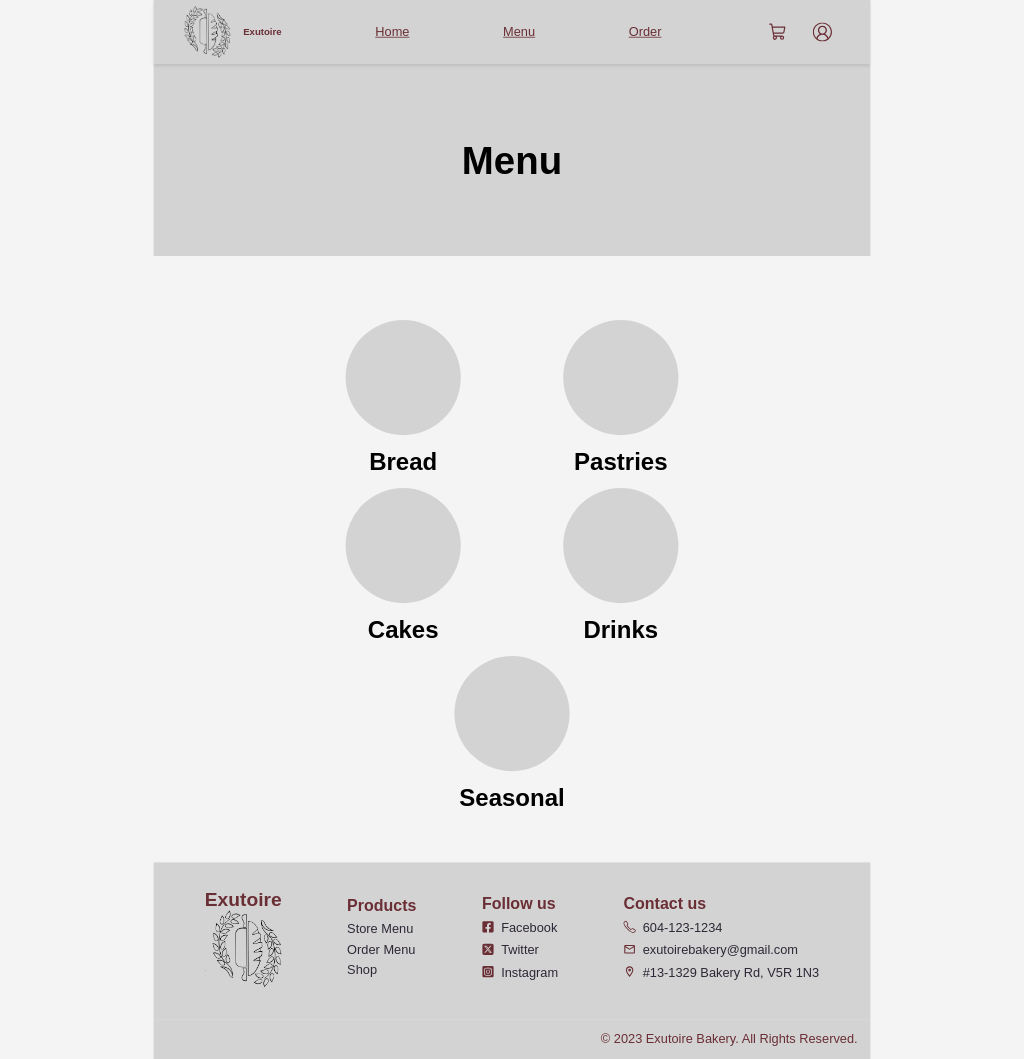
Repository: MelissaJacobi/COMP3170-final-proj
Page: /menu
These files come from the project's save history. The page is drawn as it stood at one moment and after the next save; the edit follows.
The browser window is 1280 px wide. The pictures show the whole page, at 80% of full size.
The project was rebuilt for these pictures with package versions that can differ from the ones it lists, and the page was loaded fresh each time. Also part of the build but not shown: vite.config.js, src/components/Carousel.module.css, src/components/Carousel.tsx, src/components/Vision.module.css, src/components/Vision.tsx, src/components/MenuGallery.tsx.

Above is the page before, as saved 2024-10-05 23:14:49.

### src/main.tsx
import { StrictMode } from 'react'
import { createRoot } from 'react-dom/client'
import App from './App.tsx'
import './index.css'

 createRoot(document.getElementById('root')!).render(
   <StrictMode>
     <App />
   </StrictMode>,
 )

### src/App.tsx
import { BrowserRouter as Router, Routes, Route } from 'react-router-dom';
import styles from './App.module.css';
import Header from './components/Header';
import Footer from './components/Footer';
import Carousel from './components/Carousel';
import Vision from './components/Vision';
import MenuGallery from './components/MenuGallery';
import Menu from './pages/menu';

function App() {
  return (
    <Router>
      <div className={styles.appContainer}>
      <Header />
      <Routes>

        <Route path="/" element={
          <>
            <Carousel />

              <div className={styles.filler}></div>
              <Vision />
              <MenuGallery />

          </>
        } />

        <Route path="/menu" element={<Menu />} />

      </Routes>
      <Footer />
      </div>
    </Router>
  );
}

export default App;

### src/index.css
* {
  margin: 0;
  padding: 0;
  box-sizing: border-box;
}

body {
  font-family: Arial, sans-serif;
  line-height: 1.6;
  background-color: #f4f4f4;
}

:root {
  --primary-color: lightgrey;
  --secondary-color: lightblue;
  --accent-color: #6A2E35;
  --background-color: white;
  --text-color: #2E2836;
}

### src/App.module.css
.appContainer {
    width: 70%;
    height: 100%;
    margin: auto;
}

.filler {
    height: 35rem;
}

### src/components/Header.tsx
// Header.tsx
import { Link } from 'react-router-dom';
import styles from './Header.module.css';
import logo from "../assets/images/logo.png";
import { PiShoppingCart } from "react-icons/pi";
import { VscAccount } from "react-icons/vsc";

export default function Header() {
  return (
    <div className={styles.container}>
      <div>
        <img src={logo} alt="Logo" className={styles.logo} />
        <p className={styles.siteTitle}>Exutoire</p>
      </div>
      <Link to="/" className={styles.links}>Home</Link>
      <Link to="/Menu" className={styles.links}>Menu</Link>
      <Link to="/order" className={styles.links}>Order</Link>
      <div>
        <PiShoppingCart className={styles.icon} />
        <VscAccount className={styles.icon} />
      </div>
    </div>
  );
}

### src/components/Footer.tsx
import logo from "../assets/images/logo.png"
import styles from "./Footer.module.css"
import { FaFacebookSquare } from "react-icons/fa";
import { FaSquareXTwitter } from "react-icons/fa6";
import { FaInstagramSquare } from "react-icons/fa";
import { SlPhone } from "react-icons/sl";
import { MdOutlineMailOutline } from "react-icons/md";
import { MdOutlineLocationOn } from "react-icons/md";

export default function Footer() {

  return (
    <>
      <div className={styles.container}>
        <div>
            <p className={styles.siteTitle}>Exutoire</p>
            <img src={logo} alt="Logo" className={styles.logo}/>
        </div>
        <ul>
          <p>Products</p>
          <li>Store Menu</li>
          <li>Order Menu</li>
          <li>Shop</li>
        </ul>
        <ul>
          <p>Follow us</p>
          <li><FaFacebookSquare className={styles.socialIcon}/>Facebook</li>
          <li><FaSquareXTwitter className={styles.socialIcon}/>Twitter</li>
          <li><FaInstagramSquare className={styles.socialIcon}/>Instagram</li>
        </ul>
        <ul>
          <p>Contact us</p>
          <li><SlPhone  className={styles.socialIcon}/>604-123-1234</li>
          <li><MdOutlineMailOutline className={styles.socialIcon}/>exutoirebakery@gmail.com</li>
          <li><MdOutlineLocationOn className={styles.socialIcon}/>#13-1329 Bakery Rd, V5R 1N3</li>
        </ul>
      </div>
      <p className={styles.copywrite}>© 2023 Exutoire Bakery.  All Rights Reserved.</p>
    </>
  )
}

### src/pages/menu.tsx
import styles from './Menu.module.css'

export default function Menu() {

  return (
    <>
    <div className={styles.container}>
        <div className={styles.banner}>
          <h1>Menu</h1>
        </div>
        <div className={styles.options}>
          <div className={styles.option}>
            <div></div>
            <h2>Bread</h2>
          </div>
          <div className={styles.option}>
            <div></div>
            <h2>Pastries</h2>
          </div>
          <div className={styles.option}>
            <div></div>
            <h2>Cakes</h2>
          </div>
          <div className={styles.option}>
            <div></div>
            <h2>Drinks</h2>
          </div>
          <div className={styles.option}>
            <div></div>
            <h2>Seasonal</h2>
          </div>
        </div>
    </div>

    </>
  )
}

### src/components/Header.module.css
.container {
    background-color: var(--primary-color);
    width: 100%;
    height: 5rem;
    display: flex;
    align-items: center;
    justify-content: space-between;
    padding: 2rem;
    position: sticky;
    top: 0;
    z-index: 1000;
    box-shadow: 0 2px 4px rgba(0, 0, 0, 0.1);
}

.logo {
    height: 4rem;
    width: 4rem;
}

.siteTitle {
    font-size: 12px;
    font-style: normal;
    font-weight: 700;
    line-height: normal;
    margin-left: 1rem;
    color: var(--accent-color)
}

.container div {
    display: flex;
    align-items: center;
}

.links {
    font-size: 16px;
    font-style: normal;
    font-weight: 400;
    line-height: normal;
    color: var(--accent-color)
}

.icon {
    height: 1.5rem;
    width: 1.5rem;
    margin: 1rem;
    color: var(--accent-color)
}

### src/components/Footer.module.css
.container {
    background-color: var(--primary-color);
    height: 100%;
    width: 100%;
    display: flex;
    align-items: center;
    justify-content: space-between;
    padding: 2rem 4rem;
}

.container div{
    text-align: center;
}

.logo {
    width: 6rem;
    height: 6rem;
}

.siteTitle {
    font-size: 24px;
    font-style: normal;
    font-weight: 700;
    line-height: normal;
    color: var(--accent-color)
}

.container ul p {
    color: var(--accent-color);
    font-size: 20px;
    font-style: normal;
    font-weight: 700;
    line-height: normal;
}

.container ul li {
    font-size: 16px;
    font-style: normal;
    font-weight: 400;
    line-height: normal;
    margin: 0.5rem 0rem;
    padding: 0;
    list-style-type: none;
    color: var(--text-color)
}

.socialIcon {
    transform: translateY(0.1rem);
    color: var(--accent-color);
    margin-right: 0.5rem;
}

.copywrite {
    width: 100%;
    text-align: right;
    padding: 1rem;
    font-size: 16px;
    font-style: normal;
    font-weight: 400;
    line-height: normal;
    color: var(--accent-color);
    background-color: var(--primary-color);
}

### src/components/MenuGallery.module.css
.container {
    display: flex;
    flex-direction: column;
    align-items: center;
    justify-content: center;
    height: 100%;
}

h2 {
    font-size: 30px;
    font-style: normal;
    font-weight: 700;
    line-height: normal;
    text-align: center;
    margin: 0;
}

.gallery {
    width: 100%;
    margin-top: 1rem;
    display: flex;
    justify-content: space-around;
    flex-wrap: wrap;
    height: 100%;
    padding: 1rem 7rem;
}

.galleryItem {
    height: 15rem;
    width: 15rem;
    background-color: var(--primary-color);
    display: flex;
    justify-content: center;
    margin: 1rem;
}

### src/pages/Menu.module.css
.container {
    width: 100%;
}

.banner {
    width: 100%;
    height: 15rem;
    display: flex;
    justify-content: center;
    align-items: center;
    background-color: var(--primary-color);
}

.container h1 {
    font-size: 48px;
    font-style: normal;
    font-weight: 700;
    line-height: normal;
}

.options {
    display: flex;
    flex-wrap: wrap;
    justify-content: center;
    padding: 4rem;
}

.option div {
    width: 9rem;
    height: 9rem;
    border-radius: 50%;
    background-color: var(--primary-color);
    margin: 1rem 4rem;
}

Loaded but not shown: index.html (common file)

After the next save:
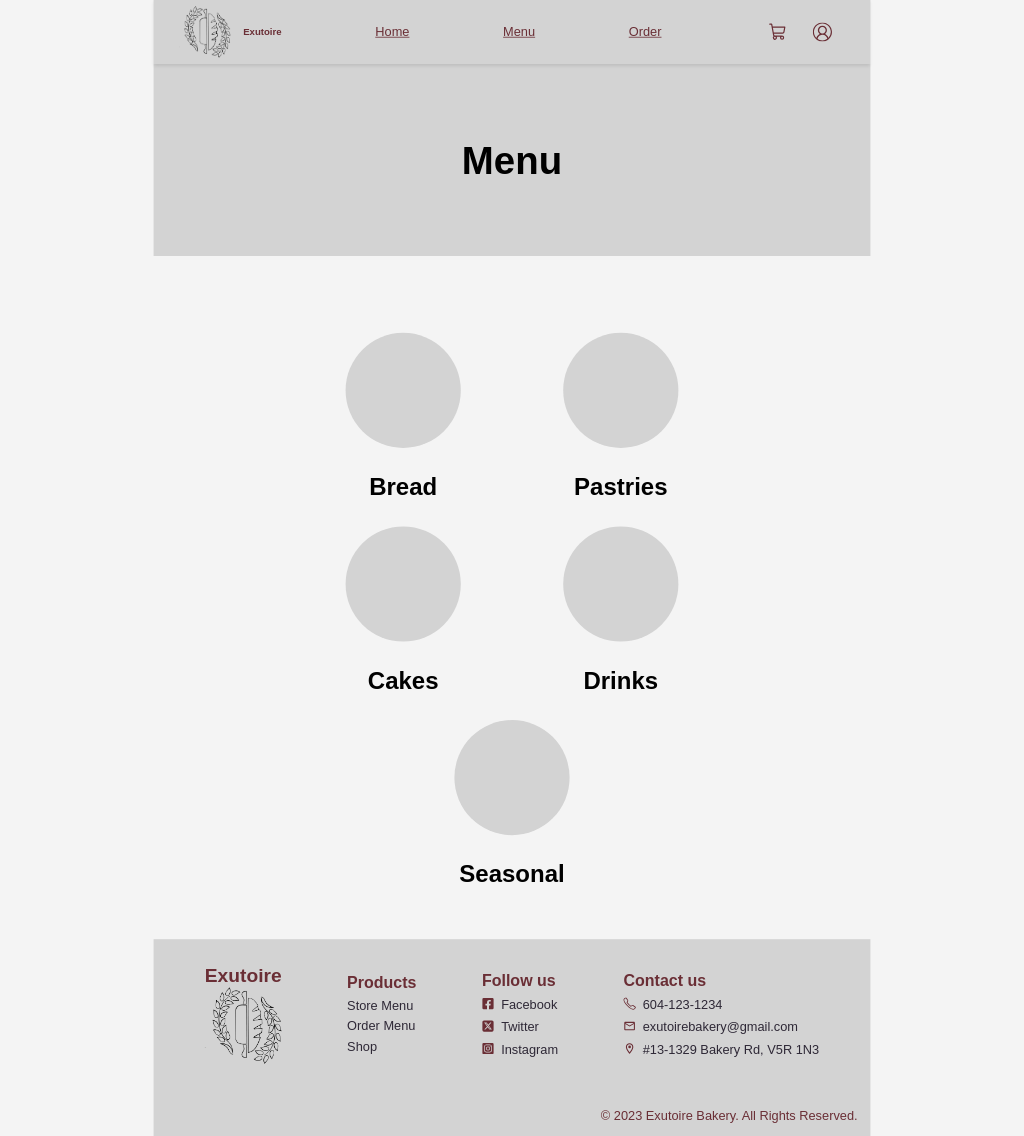
Saved 10 s later.
--- a/src/pages/Menu.module.css
+++ b/src/pages/Menu.module.css
@@ -30,5 +30,5 @@
     height: 9rem;
     border-radius: 50%;
     background-color: var(--primary-color);
-    margin: 1rem 4rem;
+    margin: 2rem 4rem;
 }

After the save that followed:
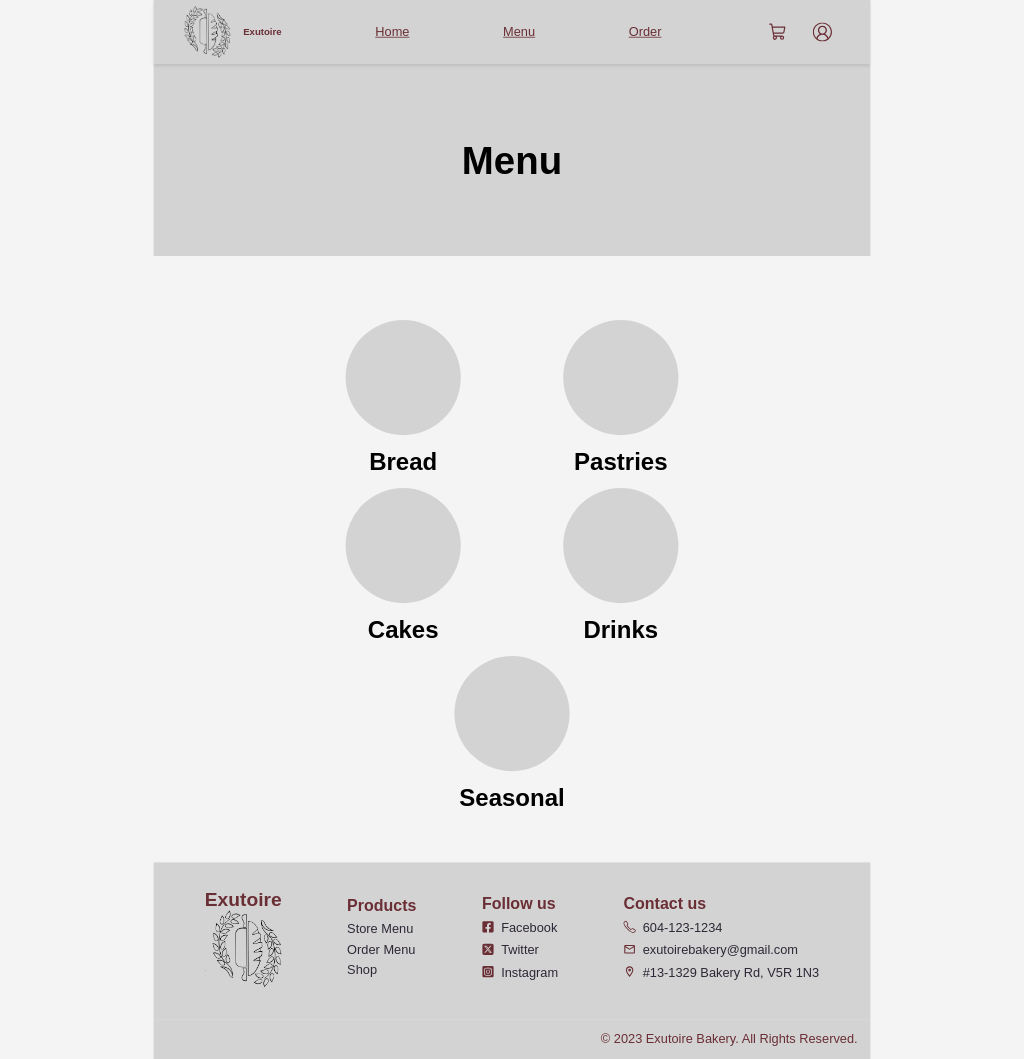
Saved 66 s later.
--- a/src/pages/Menu.module.css
+++ b/src/pages/Menu.module.css
@@ -30,5 +30,5 @@
     height: 9rem;
     border-radius: 50%;
     background-color: var(--primary-color);
-    margin: 2rem 4rem;
+    margin: 1rem 4rem;
 }
